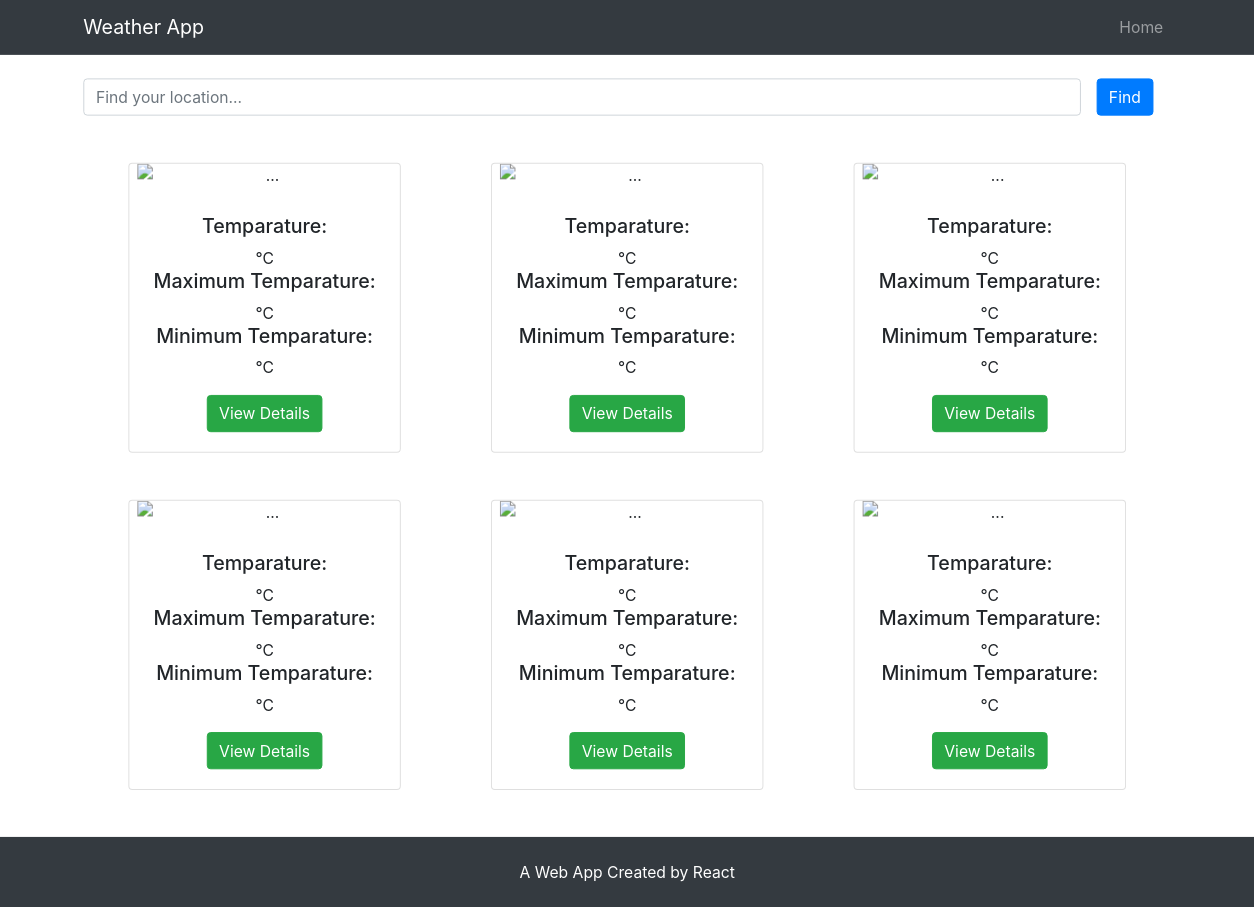
Repository: smk87/weather-app-react
Page: /
An editor plug-in stored every save of this project. The page is shown before and after the next save, followed by the edit.
The browser window is 1280 px wide. The pictures show the whole page, at 98% of full size.
The page's requests for data from a server got no answer. Some web libraries are served in a nearby version. The project was rebuilt for these pictures with package versions that can differ from the ones it lists, and the page was loaded fresh each time. A package was used in the major version that the imports need, not the one package.json lists. No one was signed in, and anything a server would have sent is missing. Also part of the build but not shown: src/components/ConsolidatedWeather.js, src/components/DetailedWeather.js, src/components/SearchResult.js.

Above is the page before, as saved 2019-02-07 01:25:13.

### public/index.html
<!DOCTYPE html>
<html lang="en">
  <head>
    <meta charset="utf-8" />
    <link rel="shortcut icon" href="%PUBLIC_URL%/favicon.ico" />
    <meta
      name="viewport"
      content="width=device-width, initial-scale=1, shrink-to-fit=no"
    />
    <meta name="theme-color" content="#000000" />
    <!--
      manifest.json provides metadata used when your web app is added to the
      homescreen on Android. See https://developers.google.com/web/fundamentals/web-app-manifest/
    -->
    <link rel="manifest" href="%PUBLIC_URL%/manifest.json" />
    <link
      rel="stylesheet"
      href="https://stackpath.bootstrapcdn.com/bootstrap/4.2.1/css/bootstrap.min.css"
      integrity="sha384-GJzZqFGwb1QTTN6wy59ffF1BuGJpLSa9DkKMp0DgiMDm4iYMj70gZWKYbI706tWS"
      crossorigin="anonymous"
    />
    <script
      defer
      src="https://use.fontawesome.com/releases/v5.6.3/js/all.js"
      integrity="sha384-EIHISlAOj4zgYieurP0SdoiBYfGJKkgWedPHH4jCzpCXLmzVsw1ouK59MuUtP4a1"
      crossorigin="anonymous"
    ></script>
    <!--
      Notice the use of %PUBLIC_URL% in the tags above.
      It will be replaced with the URL of the `public` folder during the build.
      Only files inside the `public` folder can be referenced from the HTML.

      Unlike "/favicon.ico" or "favicon.ico", "%PUBLIC_URL%/favicon.ico" will
      work correctly both with client-side routing and a non-root public URL.
      Learn how to configure a non-root public URL by running `npm run build`.
    -->
    <title>Weather App</title>
  </head>
  <body>
    <noscript>You need to enable JavaScript to run this app.</noscript>
    <div id="root"></div>
    <!--
      This HTML file is a template.
      If you open it directly in the browser, you will see an empty page.

      You can add webfonts, meta tags, or analytics to this file.
      The build step will place the bundled scripts into the <body> tag.

      To begin the development, run `npm start` or `yarn start`.
      To create a production bundle, use `npm run build` or `yarn build`.
    -->

    <script
      src="https://code.jquery.com/jquery-3.3.1.slim.min.js"
      integrity="sha384-q8i/X+965DzO0rT7abK41JStQIAqVgRVzpbzo5smXKp4YfRvH+8abtTE1Pi6jizo"
      crossorigin="anonymous"
    ></script>
    <script
      src="https://cdnjs.cloudflare.com/ajax/libs/popper.js/1.14.6/umd/popper.min.js"
      integrity="sha384-wHAiFfRlMFy6i5SRaxvfOCifBUQy1xHdJ/yoi7FRNXMRBu5WHdZYu1hA6ZOblgut"
      crossorigin="anonymous"
    ></script>
    <script
      src="https://stackpath.bootstrapcdn.com/bootstrap/4.2.1/js/bootstrap.min.js"
      integrity="sha384-B0UglyR+jN6CkvvICOB2joaf5I4l3gm9GU6Hc1og6Ls7i6U/mkkaduKaBhlAXv9k"
      crossorigin="anonymous"
    ></script>
  </body>
</html>

### src/App.js
import React, { Component } from "react";
import { BrowserRouter as Router, Route, Switch } from "react-router-dom";
import logo from "./logo.svg";
import "./App.css";

//Import All Components
import NavBar from "./components/NavBar";
import Footer from "./components/Footer";
import Home from "./components/Home";
import DetailedWeather from "./components/DetailedWeather";
import SearchResult from "./components/SearchResult";

class App extends Component {
  render() {
    return (
      <Router>
        <div className="App">
          <NavBar />
          <Route exact path="/" component={Home} />
          <Route exact path="/search/:keyword" component={SearchResult} />
          <Route exact path="/weather/:woeid" component={DetailedWeather} />
          <Footer />
        </div>
      </Router>
    );
  }
}

export default App;

### src/components/NavBar.js
import React, { Component } from "react";
import { Link } from "react-router-dom";

export default class NavBar extends Component {
  render() {
    return (
      <div>
        <nav className="navbar navbar-expand-sm navbar-dark bg-dark mb-4">
          <div className="container">
            <Link className="navbar-brand" to="/">
              Weather App
            </Link>
            <button
              className="navbar-toggler"
              type="button"
              data-toggle="collapse"
              data-target="#mobile-nav"
            >
              <span className="navbar-toggler-icon" />
            </button>

            <div className="collapse navbar-collapse" id="mobile-nav">
              <ul className="navbar-nav mr-auto" />
              <ul className="navbar-nav ml-auto">
                <li className="nav-item">
                  <Link className="nav-link" to="/">
                    Home
                  </Link>
                </li>
              </ul>
            </div>
          </div>
        </nav>
      </div>
    );
  }
}

### src/components/Footer.js
import React from "react";

export default function Footer() {
  return (
    <footer className="bg-dark text-white mt-5 p-4 text-center">
      A Web App Created by React
    </footer>
  );
}

### src/components/Home.js
import React, { Component } from "react";
import { Link } from "react-router-dom";
import Weather from "./Weather";

export default class Home extends Component {
  constructor() {
    super();

    this.state = {
      search: ""
    };
  }
  onChange = e => {
    this.setState({
      [e.target.name]: e.target.value
    });
  };

  render() {
    const newTo = {
      pathname: `/search/${this.state.search}`
    };
    return (
      <div>
        <div className="container">
          <form className="form-inline">
            <input
              type="text"
              name="search"
              className="form-control col-md-11"
              placeholder="Find your location..."
              value={this.state.search}
              onChange={this.onChange}
            />

            <Link to={newTo}>
              <input
                type="submit"
                className="ml-3 btn btn-primary"
                value="Find"
              />
            </Link>
          </form>

          <form className="form-inline">
            <Weather id="2344116" />
            <Weather id="638242" />
            <Weather id="44418" />
          </form>
          <form className="form-inline">
            <Weather id="565346" />
            <Weather id="560743" />
            <Weather id="9807" />
          </form>
        </div>
      </div>
    );
  }
}

### src/components/Weather.js
import React, { Component } from "react";
import axios from "axios";
import { Link } from "react-router-dom";

export default class Weather extends Component {
  constructor() {
    super();

    this.state = {
      cityname: "",
      id: "",
      temp: "",
      maxtemp: "",
      mintemp: "",
      logo: ""
    };
  }

  componentWillMount() {
    this.setState({ id: this.props.id });

    const url = `/weather/weather.php?command=location&woeid=${this.props.id}`;
    // console.log(url);
    axios
      .get(url) //Used proxy to connect with local wamp server
      .then(res => {
        // console.log(res.data);

        switch (res.data.consolidated_weather[0].weather_state_name) {
          case "Snow":
            this.setState({
              logo: "https://www.metaweather.com/static/img/weather/sn.svg"
            });
            break;
          case "Sleet":
            this.setState({
              logo: "https://www.metaweather.com/static/img/weather/sl.svg"
            });
            break;
          case "Hail":
            this.setState({
              logo: "https://www.metaweather.com/static/img/weather/h.svg"
            });
            break;
          case "Thunderstorm":
            this.setState({
              logo: "https://www.metaweather.com/static/img/weather/t.svg"
            });
            break;
          case "Heavy Rain":
            this.setState({
              logo: "https://www.metaweather.com/static/img/weather/hr.svg"
            });
            break;
          case "Light Rain":
            this.setState({
              logo: `https://www.metaweather.com/static/img/weather/lr.svg`
            });
            break;
          case "Showers":
            this.setState({
              logo: "https://www.metaweather.com/static/img/weather/s.svg"
            });
            break;
          case "Heavy Cloud":
            this.setState({
              logo: "https://www.metaweather.com/static/img/weather/hc.svg"
            });
            break;
          case "Light Cloud":
            this.setState({
              logo: "https://www.metaweather.com/static/img/weather/lc.svg"
            });
            break;
          case "Clear":
            this.setState({
              logo: "https://www.metaweather.com/static/img/weather/c.svg"
            });
            break;
        }
        this.setState({
          cityname: res.data.title,
          temp: res.data.consolidated_weather[0].the_temp.toPrecision(3),
          maxtemp: res.data.consolidated_weather[0].max_temp.toPrecision(3),
          mintemp: res.data.consolidated_weather[0].min_temp.toPrecision(3)
        });
      })
      .catch(err => console.log(err));
  }

  render() {
    const newTo = {
      pathname: `/weather/${this.state.id}`
    };
    return (
      <div className=" mt-5 mx-auto h-50 w-25 card">
        <img
          src={this.state.logo}
          className="card-img-top pl-2 pr-2"
          alt="..."
        />
        <div className="card-body">
          <div className="card-text">
            <h2>{this.state.cityname}</h2>
          </div>
          <div className="card-text">
            <h5>Temparature: </h5> {this.state.temp}
            <span>&#8451;</span>
          </div>
          <div className="card-text">
            {" "}
            <h5>Maximum Temparature: </h5> {this.state.maxtemp}
            <span>&#8451;</span>
          </div>
          <div className="card-text">
            {" "}
            <h5>Minimum Temparature: </h5>
            {this.state.mintemp}
            <span>&#8451;</span>
          </div>
          <p />
          <Link to={newTo}>
            <button type="button" className="btn btn-success">
              View Details
            </button>
          </Link>
        </div>
      </div>
    );
  }
}

Loaded but not shown: src/index.js (common file); src/index.css (common file); src/serviceWorker.js (common file); src/App.css (common file)

After the next save:
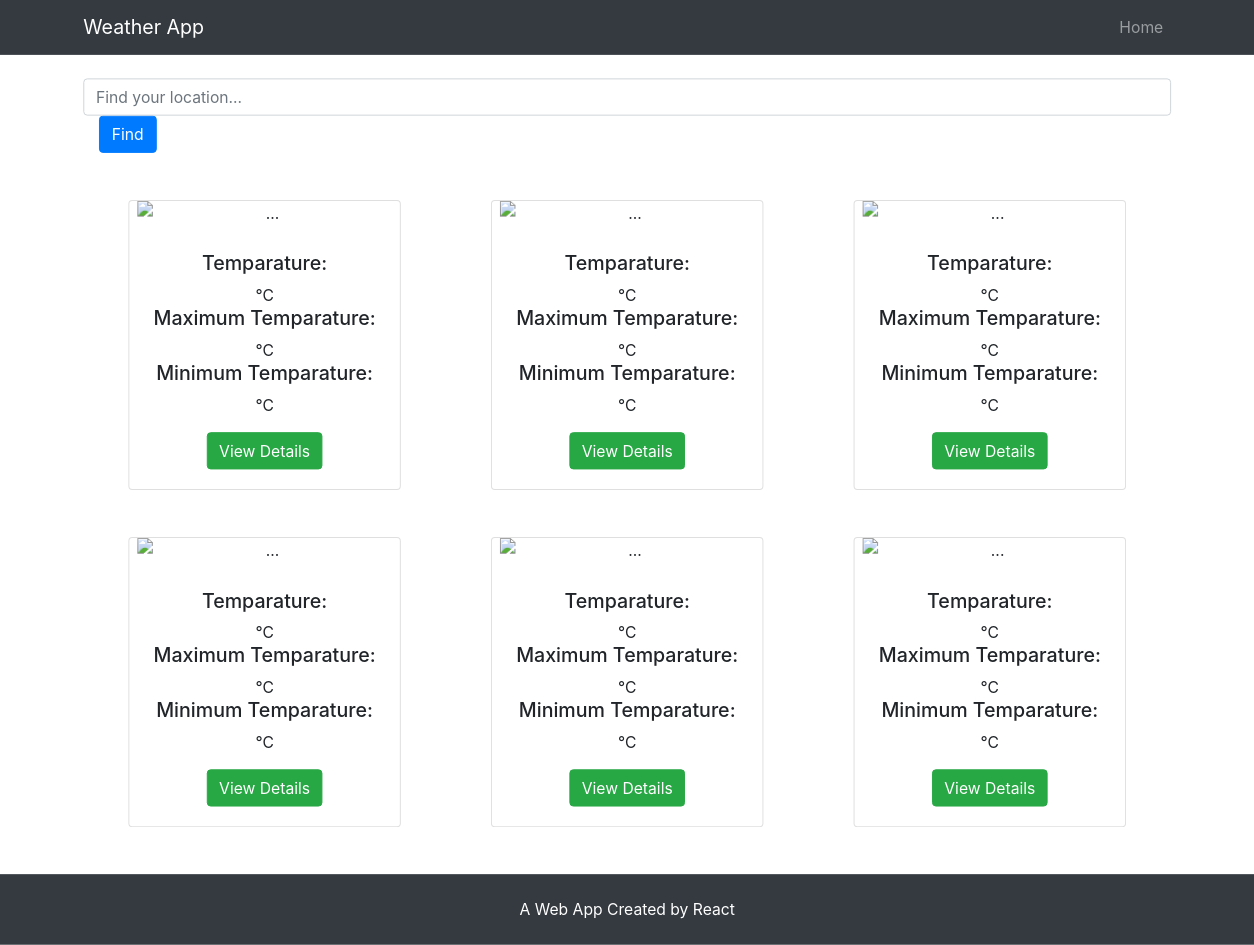
Saved 8 s later.
--- a/src/components/Home.js
+++ b/src/components/Home.js
@@ -27,7 +27,7 @@
             <input
               type="text"
               name="search"
-              className="form-control col-md-11"
+              className="form-control col-md-12"
               placeholder="Find your location..."
               value={this.state.search}
               onChange={this.onChange}

After the save that followed:
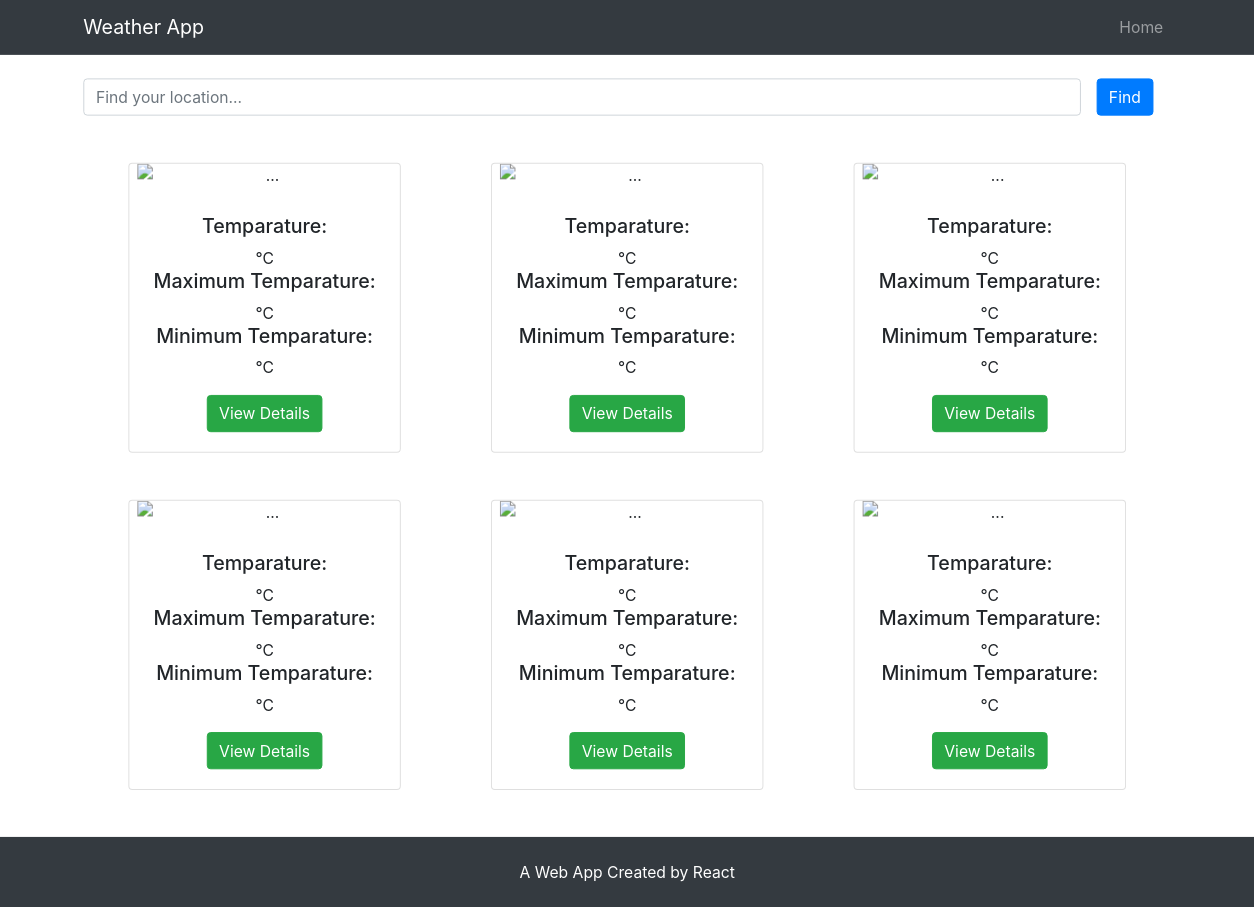
Saved 5 s later.
--- a/src/components/Home.js
+++ b/src/components/Home.js
@@ -27,7 +27,7 @@
             <input
               type="text"
               name="search"
-              className="form-control col-md-12"
+              className="form-control col-md-11"
               placeholder="Find your location..."
               value={this.state.search}
               onChange={this.onChange}
